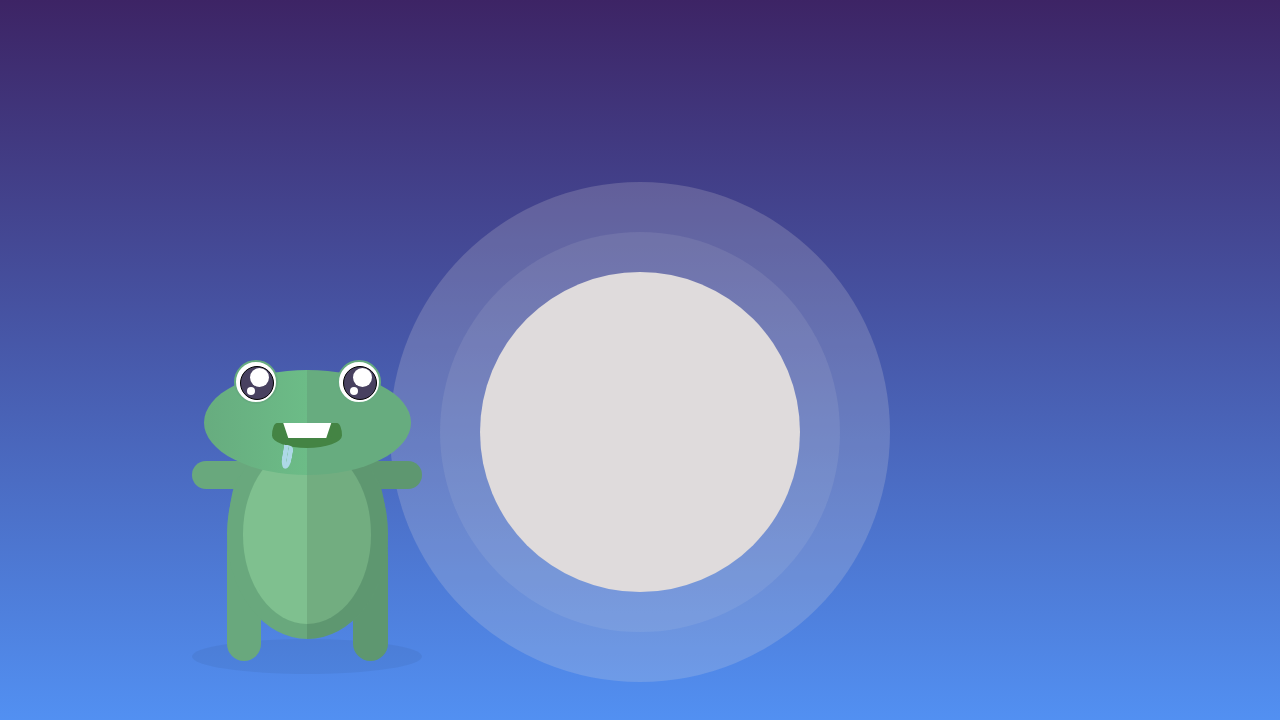
Repository: celinakhalife/cssCharacterDesign
Page: /
An editor plug-in stored every save of this project. The page is shown before and after the next save, followed by the edit.
The browser window is 1280 px wide. The pictures show the whole page.
The project was rebuilt for these pictures with package versions that can differ from the ones it lists, and the page was loaded fresh each time. Also part of the build but not shown: angular.json.

Above is the page before, as saved 2018-10-21 13:13:56.

After the next save:
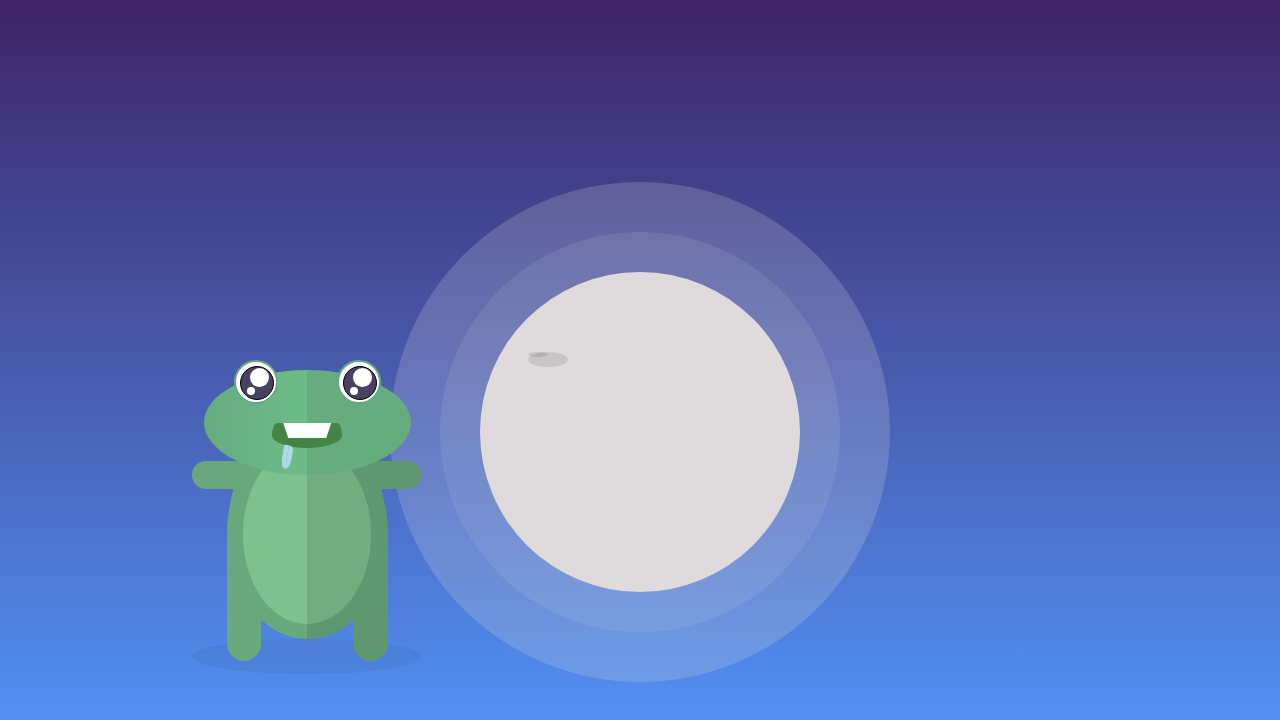
Saved 6 s later.
--- a/src/app/app.component.html
+++ b/src/app/app.component.html
@@ -2,8 +2,8 @@
   <div class="planet">
     <div class="circle-2">
       <div class="circle-1">
-        <div class="hole-1"></div>
-        <div class="hole-2"></div>
+        <div class="hole hole-1"></div>
+        <div class="hole hole-2"></div>
       </div>
     </div>
 
